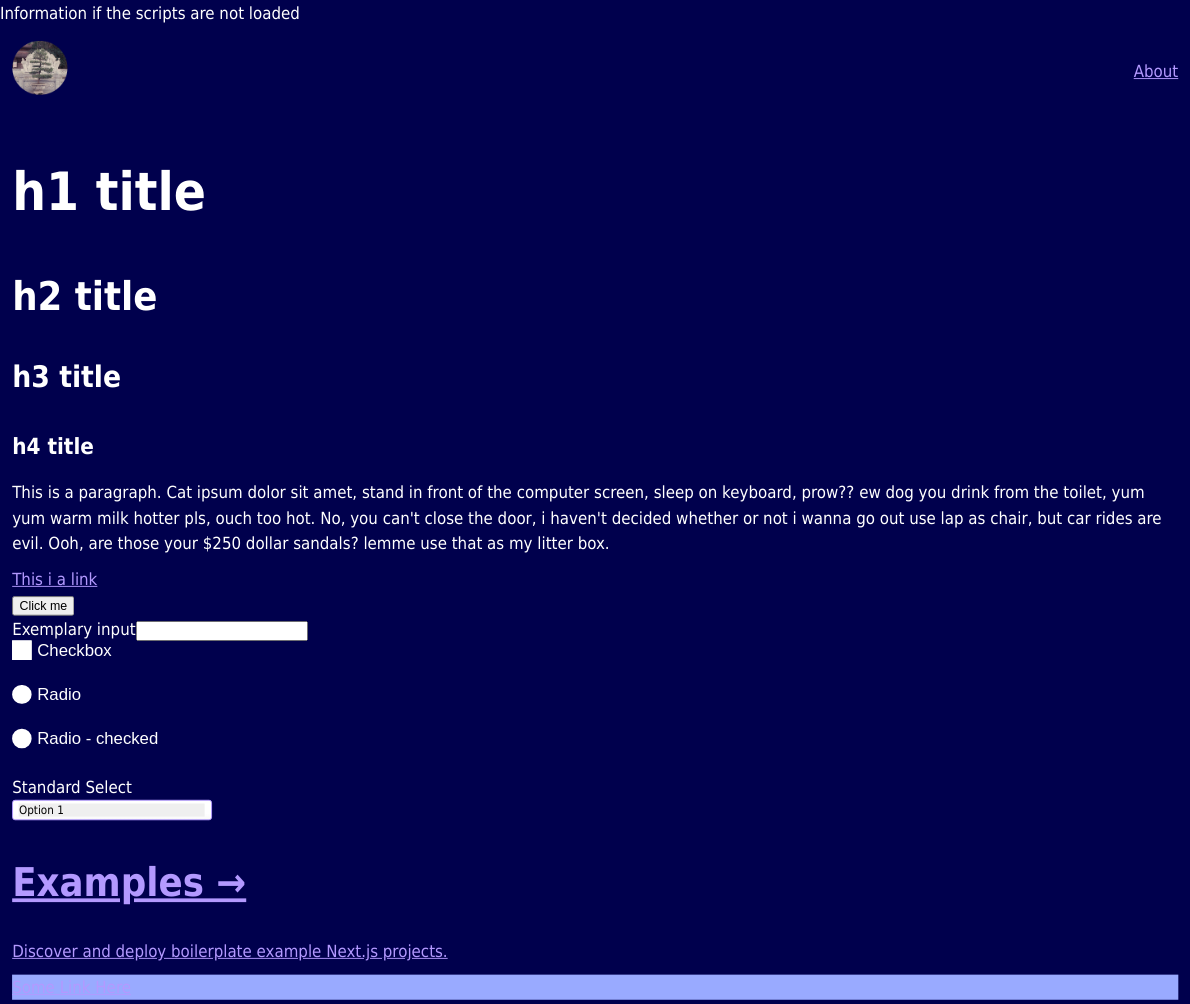
Repository: magiai/scent-app
Page: /
These files come from the project's save history. The page is drawn as it stood at one moment and after the next save; the edit follows.
The browser window is 1280 px wide. The pictures show the whole page, at 93% of full size.
The project was rebuilt for these pictures with package versions that can differ from the ones it lists, and the page was loaded fresh each time. The framework's server and built-in components were replaced by stand-ins that run in the browser.

Above is the page before, as saved 2022-05-25 18:34:44.

### pages/_app.tsx

import '../styles/variables.css';
import '../styles/global.css';
import '../styles/forms.css';
import { AppProps } from 'next/app';

function MyApp({ Component, pageProps }: AppProps) {
    return (
        <Component {...pageProps} />
    )
}

export default MyApp

### pages/_document.js
import { Html, Head, Main, NextScript } from "next/document";

export default function Document() {
    return (
        <Html lang="en">
            <Head>
                <meta charset="utf-8" />
                <meta http-equiv="X-UA-Compatible" content="IE=edge" />
                <meta name=" theme-color" content="#fff" />
                <meta name="viewport" content="width=device-width, initial-scale=1" />
                <meta name="robots" content="index, follow" />

                <title key="title">Application title</title>
                <link rel="icon" href="/favicon.ico"></link>
                <link rel="canonical" href="https://website.com/"></link>
                <meta name="description" content="Application description"></meta>

                {/* Open Graph Protocol */}
                <meta property="fb:page_id" content="" />
                <meta property="twitter:site" content="" />

                <meta property="og:title" content="Application title"/>
                <meta property="og:type" content="application"/>
                <meta property="og:url" content="https://website.com"/>
                <meta property="og:site_name" content=""/>
                <meta property="og:description" content="Application description"/>
                <meta property="og:image" content=""/>
                {/* /Open Graph Protocol */}

                <noscript>Information if the scripts are not loaded</noscript>
            </Head>
            <body>
                <Main />
                <NextScript />
            </body>
        </Html>
    )
}

### pages/index.tsx
import Head from 'next/head';
import Layout from '../components/layout';

export default function Home() {
  return (
    <Layout>
      <Head>
        <title key="title">Home</title>
      </Head>

      <main>
        <h1>h1 title</h1>
        <h2>h2 title</h2>
        <h3>h3 title</h3>
        <h4>h4 title</h4>

        <p>
            This is a paragraph. Cat ipsum dolor sit amet, stand in front of the computer screen, sleep on keyboard, prow?? ew dog you drink from the toilet, yum yum warm milk hotter pls, ouch too hot. No, you can't close the door, i haven't decided whether or not i wanna go out use lap as chair, but car rides are evil. Ooh, are those your $250 dollar sandals? lemme use that as my litter box.
        </p>

        <a href='/'>This i a link</a>
        <br />
        <button>Click me</button>
        <br />

        <form>
            <label>
                Exemplary input
                <input id="input-exemple" type="text"/>
            </label>
            <br />
            <label className="form-control">
                <input name="checkbox" type="checkbox"/>
                Checkbox
            </label>
            <br />
            <label className="form-control">
                <input name="radio" type="radio" disabled/>
                Radio
            </label>
            <br />
            <label className="form-control">
                <input name="radio" type="radio"/>
                Radio - checked
            </label>
            <br />
            <label htmlFor="standard-select">Standard Select</label>
            <div className="select">
                <select id="standard-select">
                    <option value="Option 1">Option 1</option>
                    <option value="Option 2">Option 2</option>
                    <option value="Option 3">Option 3</option>
                    <option value="Option 4">Option 4</option>
                    <option value="Option 5">Option 5</option>
                    <option value="Option length">
                    Option that has too long of a value to fit
                    </option>
                </select>
            </div>
        </form>


        <div className="grid">
          <a
            href="https://github.com/vercel/next.js/tree/master/examples"
            className="card"
          >
            <h2>Examples &rarr;</h2>
            <p>Discover and deploy boilerplate example Next.js projects.</p>
          </a>

        </div>
      </main>

    </Layout>
  )
}

### styles/variables.css
:root {
    --color--white: white;
    --color--black: black;

    --hue--base: 255;
    --saturation--base: 100%;
    --lightness--base: 80%;
    --opacity--base: 1;
    --color--lighten: 5%;
    --color--darken: 10%;
    --color--primary: hsla(var(--hue--base), var(--saturation--base), var(--lightness--base), var(--opacity--base));
    --color--primary--active: hsla(var(--hue--base),
                                    var(--saturation--base),
                                    calc(var(--lightness--base) + var(--color--lighten)),
                                    var(--opacity--base));

    --hue--secondary: 240;
    --saturation--secondary: 100%;
    --lightness--secondary: 15%;
    --color--secondary: hsla(var(--hue--secondary), var(--saturation--secondary), var(--lightness--secondary), var(--opacity--base));
    --color--secondary--active: hsla(var(--hue--secondary),
                                var(--saturation--secondary),
                                calc(var(--lightness--secondary) + var(--color--lighten)),
                                var(--opacity--base));

    --hue--error: 360;
    --hue--success: 130;
    --hue--information: 230;
    --color--disabled: hsla(var(--hue--information), 0, calc(var(--lightness--base) - var(--color--darken)), var(--opacity--base));
    --color--information: hsla(var(--hue--information), var(--saturation--base), var(--lightness--base), var(--opacity--base));
    --color--success: hsla(var(--hue--success), var(--saturation--base), var(--lightness--base), var(--opacity--base));
    --color--error: hsla(var(--hue--error), var(--saturation--base), var(--lightness--base), var(--opacity--base));

    --background-color: var(--color--secondary);

    --spacing__ratio: 1.414;
    --spacing__ratio--desktop: 1.618;
    --space--base: 0.5rem;
    --space--xs: var(--space--base);
    --space--s: calc(var(--space--xs) * var(--spacing__ratio));
    --space--m: calc(var(--space--s) * var(--spacing__ratio));
    --space--l: calc(var(--space--m) * var(--spacing__ratio));
    --space--xl: calc(var(--space--l) * var(--spacing__ratio));

    --font-size__ratio: 1.20;
    --font-size__ratio--desktop: 1.333;
    --font-size--base: 1.8rem;
    --font-size--h4: calc(var(--font-size--base) * var(--font-size__ratio));
    --font-size--h3: calc(var(--font-size--h4) * var(--font-size__ratio));
    --font-size--h2: calc(var(--font-size--h3) * var(--font-size__ratio));
    --font-size--h1: calc(var(--font-size--h2) * var(--font-size__ratio));
}

@media only screen and (min-width: 768px) {
    :root {
        --font-size__ratio: var(--font-size__ratio--desktop);
        --spacing__ratio: var(--spacing__ratio--desktop);
    }
}

### styles/global.css
html {
    font-size: 62.5%;
}

*,
*:before,
*:after {
    box-sizing: border-box;
}

body {
    margin: 0;
    color: var(--color--white);
    background-color: var(--background-color);
    font-family: Tahoma;
    font-size: var(--font-size--base);
    line-height: 1.5;
    /* line-height: calc(2px + 2ex + 2px); */
}

p,
li,
h1, h2, h3, h4, h5 {
  overflow-wrap: break-word;
  hyphens: auto;
  margin-bottom: 0.65em;
}

h1 {
    font-size: var(--font-size--h1);
}

h2 {
    font-size: var(--font-size--h2);
}

h3 {
    font-size: var(--font-size--h3);
}

h4 {
    font-size: var(--font-size--h4);
}

h5 {
    font-size: var(--font-size--h5);
}

a {
    color: var(--color--primary);
    padding-top: var(--space--s);
    padding-bottom: var(--space--s);
}

a:hover, a:active, a:focus {
    color: var(--color--primary--active);
}

### styles/forms.css
:root {
    --form-control__color: var(--color--secondary);
    --form-control--disabled: var(--color--disabled);
    --select-border: var(--color--primary);
    --select-focus: blue;
    --select-arrow: var(--select-border);
}

.form-control {
    font-family: system-iu, sans-serif;
    font-size: var(--font-size--base);
    line-height: 1.1;
    display: grid;
    grid-template-columns: 1em auto;
    gap: 0.5em;
}

input[type="radio"],
input[type="checkbox"] {
    --webkit-appearance: none;
    appearance: none;
    background-color: var(--color--white);
    margin: 0;
    font: inherit;
    color: currentColor;
    width: 1.15em;
    height: 1.15em;
    border: 0.15em solid currentColor;
    transform: translateY(-0.075em);
    display: grid;
    place-content: center;
}

input[type="radio"] {
    border-radius: 50%;
}

input[type="radio"]::before,
input[type="checkbox"]::before {
    content: "";
    width: 0.65em;
    height: 0.65em;
    transform: scale(0);
    transition: 120ms transform ease-in-out;
    box-shadow: inset 1em 1em var(--form-control__color);
    background-color: CanvasText;
}

input[type="radio"]::before {
    border-radius: 50%;
}

input[type="radio"]:checked::before,
input[type="checkbox"]:checked::before {
    transform: scale(1);
}

input[type="checkbox"]:checked::before {
    transform: scale(1);
    transform-origin: bottom left;
    clip-path: polygon(14% 44%, 0 65%, 50% 100%, 100% 16%, 80% 0%, 43% 62%);
}

input[type="radio"]:focus,
input[type="checkbox"]:focus {
    outline: max(2px, 0.15em) solid currentColor;
    outline-offset: max(2px, 0.15em);
}

input[type="radio"]:disabled,
input[type="checkbox"]:disabled {
    --form-control__color: var(--form-control--disabled);
    color: var(--form-control--disabled);
    cursor: not-allowed;
}

.form-control + .form-control {
    margin-top: 1em;
}

select {
    appearance: none;
    background-color: rbga(0, 0, 0, 0);
    border: none;
    padding: 0 1em 0 0;
    margin: 0;
    width: 100%;
    font-family: inherit;
    font-size: inherit;
    cursor: inherit;
    line-height: inherit;
    outline: none;
}

select::-ms-expand {
    display: none;
}

.select {
    width: 100%;
    min-width: 15ch;
    max-width: 30ch;
    border: 1px solid var(--select-border);
    border-radius: 0.25em;
    padding: 0.25em 0.5em;
    font-size: 1.25rem;
    cursor: pointer;
    line-height: 1.1;
    background-color: var(--color--white);
    background-image: linear-gradient(to top, #f9f9f9, var(--color--white) 33%);
  }

.select::after {
    content: "";
    width: 0.8em;
    height: 0.5em;
    /* background-color: var(--select-arrow); */
    background-color: violet;
    clip-path: polygon(100% 0%, 0 0%, 50% 100%);
}

### components/layout.tsx
import React from 'react';
import Footer from './footer';
import Header from './header';
import styles from './layout.module.css'

export default function Layout({
  children,
  home
}: {
  children: React.ReactNode
  home?: boolean
}) {
    return (
        <div className = {styles.container}>
            <Header/>
            {children}
            <Footer/>
        </div>
    );
}

### components/footer.js
import styles from './footer.module.css';

export default function Footer() {

    return(
        <footer className = {styles.footer}>
            <a
            href="https://vercel.com?utm_source=create-next-app&utm_medium=default-template&utm_campaign=create-next-app"
            target="_blank"
            rel="noopener noreferrer"
            >
            Some Link Here
            </a>
      </footer>
    );
}

### components/header.tsx
import Link from 'next/link';
import Image from 'next/image';
import styles from './header.module.css';

export default function Header() {
    return (
        <header className = {styles.header}>
            <nav className = {styles.navigation}>
                <Link href="/">
                    <a>
                        <Image
                            src = "/images/logo.png"
                            height = {60}
                            width = {60}
                            alt = "Logo"
                        />
                    </a>
                </Link>
                <Link href="/about">
                    <a>About</a>
                </Link>
            </nav>
        </header>
    );
}

### components/layout.module.css
.container {
    padding-left: var(--space--m);
    padding-right: var(--space--m);
}

### components/footer.module.css
.footer {
    background-color: var(--color--information);
}

### components/header.module.css
.header {
    padding-top: var(--space--s);
    padding-bottom: var(--space--s);
}

.navigation {
    width: 100%;
    display: flex;
    flex-direction: row;
    justify-content: space-between;
    align-items: center;
}

After the next save:
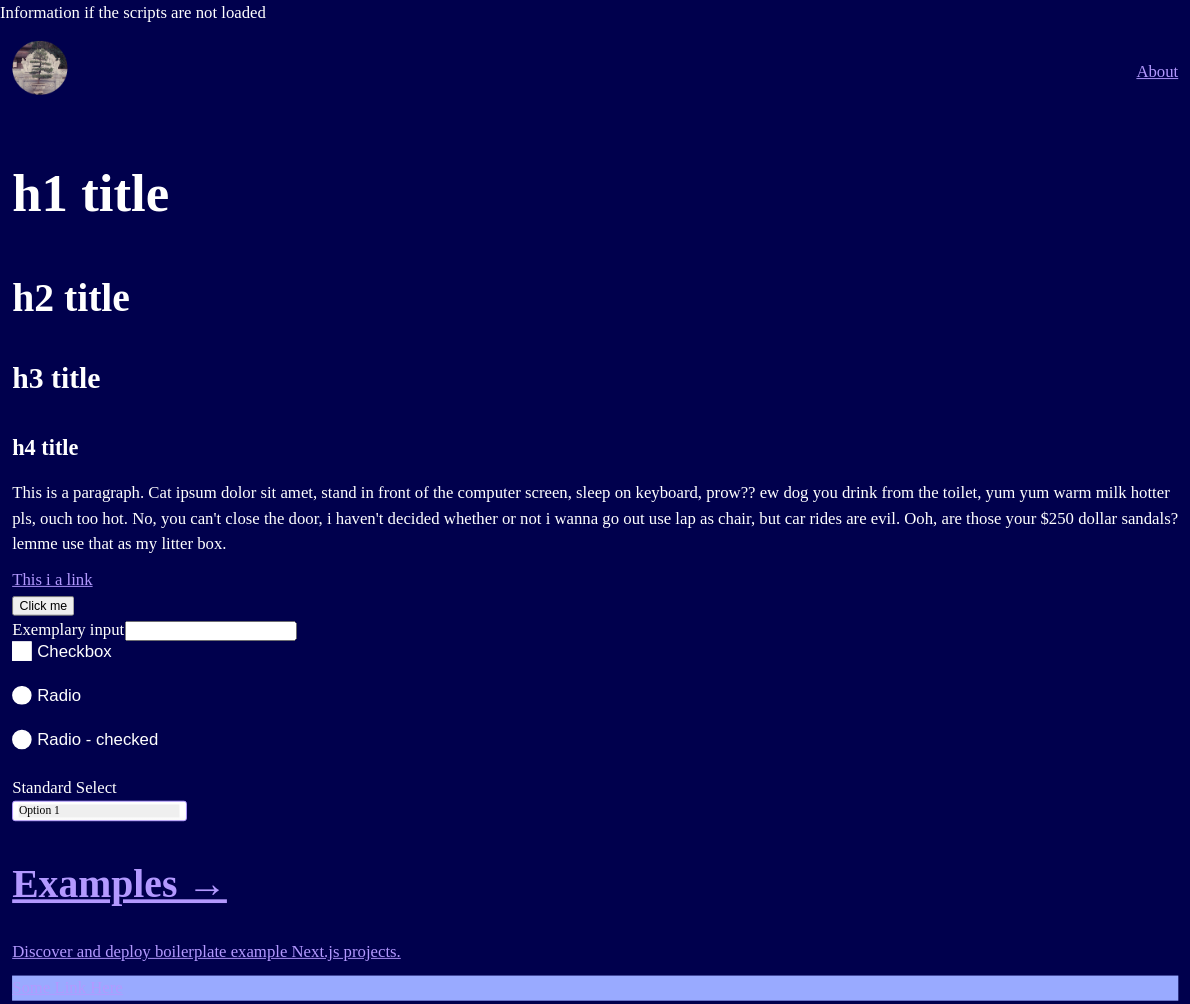
Saved 71 s later.
--- a/styles/global.css
+++ b/styles/global.css
@@ -12,7 +12,7 @@ body {
     margin: 0;
     color: var(--color--white);
     background-color: var(--background-color);
-    font-family: Tahoma;
+    font-family: Luminari;
     font-size: var(--font-size--base);
     line-height: 1.5;
     /* line-height: calc(2px + 2ex + 2px); */
